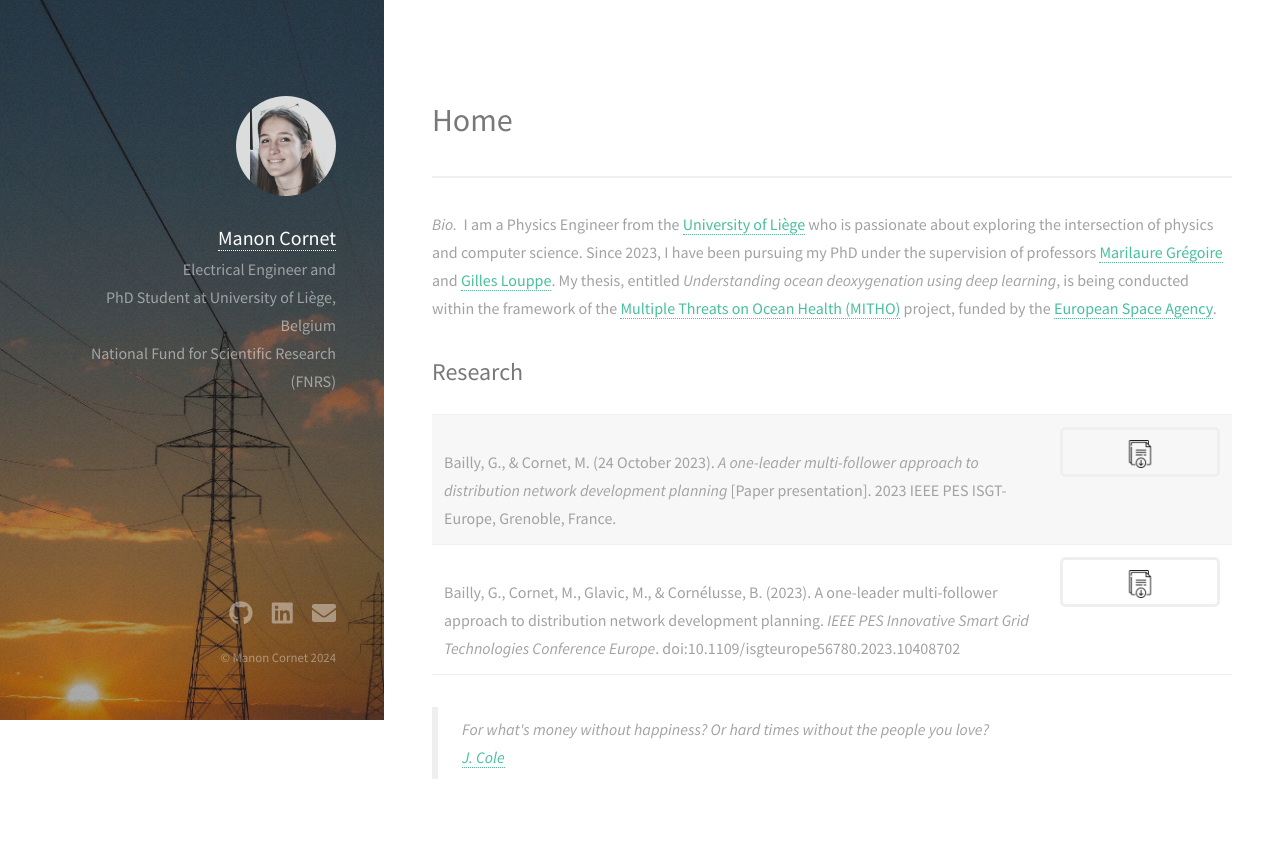
Repository: ManCornet/ManCornet.github.io
Page: index.html
The author's editor kept a copy of each file at every save. The page is drawn from the files as they stood at one save, then again after the next save.
The browser window is 1280 px wide. The pictures show the whole page.

Above is the page before, as saved 2024-03-03 11:23:57.

After the next save:
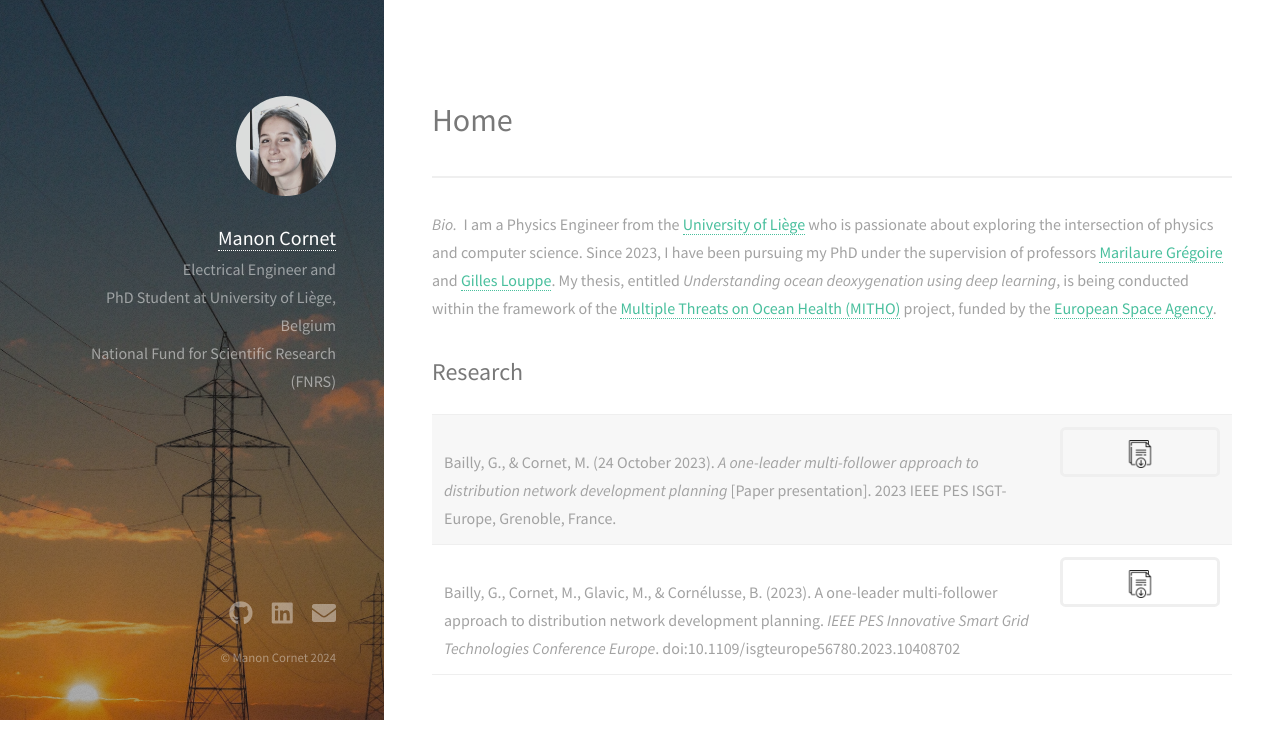
Saved 3 days later.
--- a/index.html
+++ b/index.html
@@ -54,8 +54,6 @@
 							</table>
 						</div>
 					</section>
-				<blockquote>For what's money without happiness? Or hard times without the people you love?
-				<br> <a href="https://www.youtube.com/watch?v=6tjlU4w4fSo" class="J. Cole - Love Yourz" target="_blank">J. Cole </a></blockquote>
 			</div>
 
 		<!-- Footer -->
